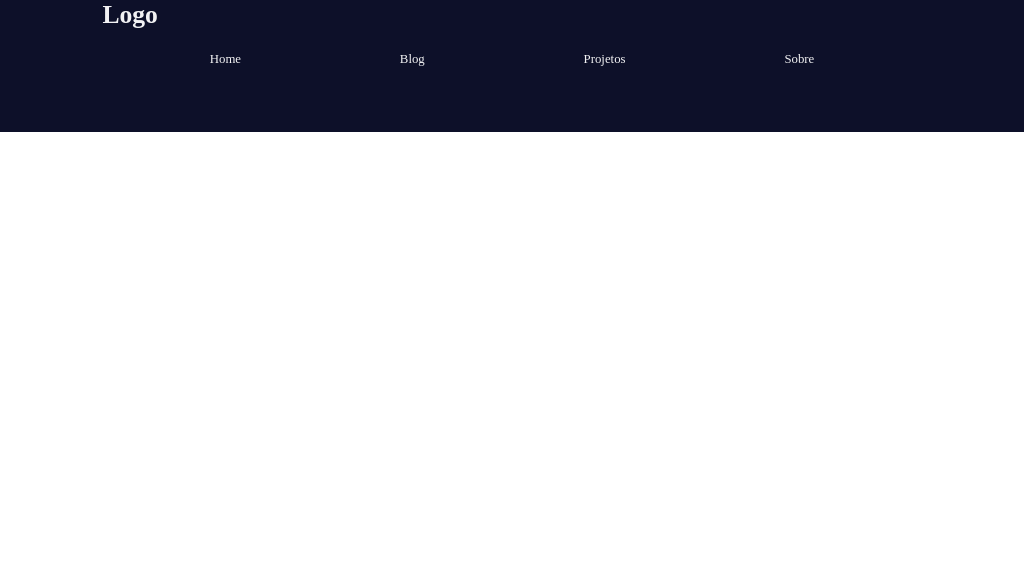
Repository: SauloMorais01/mysitefront-end
Page: index.html
The author's editor kept a copy of each file at every save. The page is drawn from the files as they stood at one save, then again after the next save.
The browser window is 1280 px wide. The pictures show the whole page, at 80% of full size.

Above is the page before, as saved 2024-10-31 22:15:55.

After the next save:
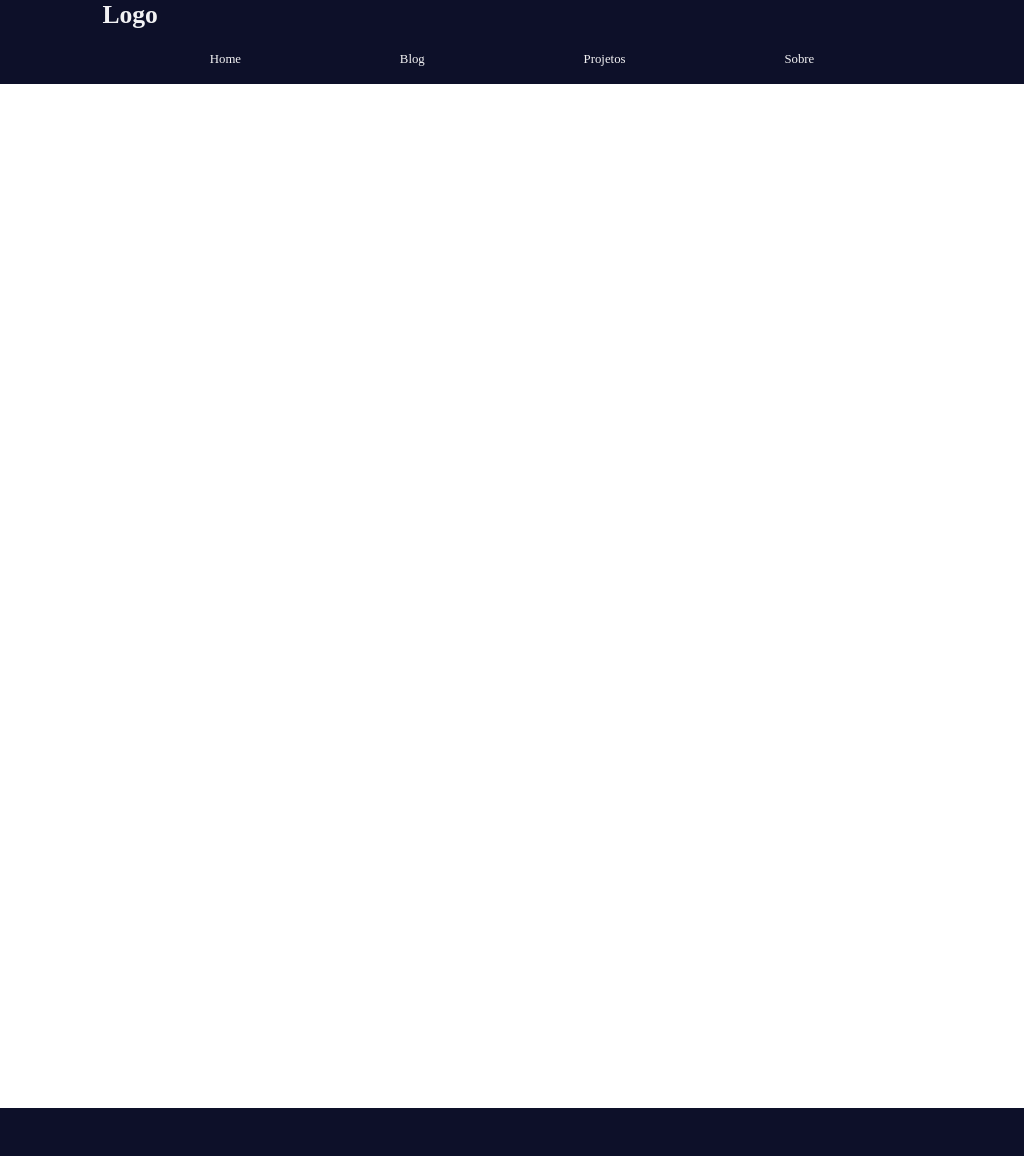
Saved 71 s later.
--- a/src/css/style.css
+++ b/src/css/style.css
@@ -63,7 +63,7 @@
 
 
 main {
-    height: 100%;
+    height: 100vw;
 }
 
 footer {

After the save that followed:
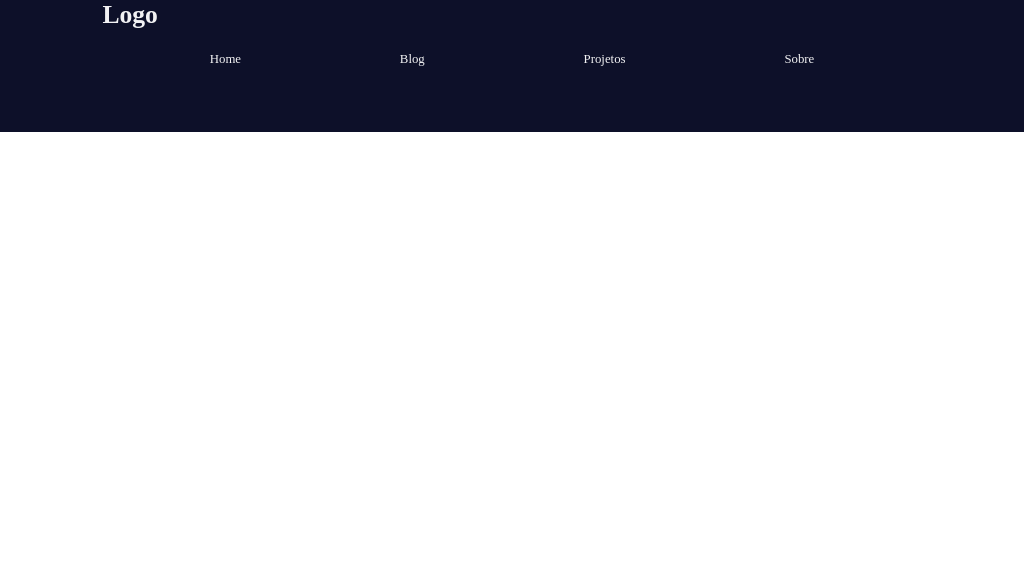
Saved 56 s later.
--- a/src/css/style.css
+++ b/src/css/style.css
@@ -63,7 +63,7 @@
 
 
 main {
-    height: 100vw;
+    height: 100%;
 }
 
 footer {
